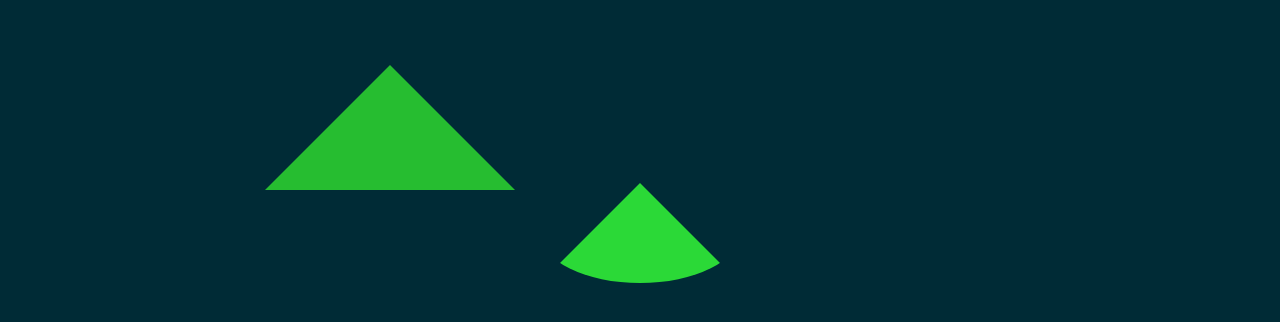
Repository: supakorn5039-boon/Christmas
Page: index.html
These files come from the project's save history. The page is drawn as it stood at one moment and after a run of saves; the edit follows.
The browser window is 1280 px wide. The pictures show the whole page.

Above is the page before, as saved 2023-12-25 08:40:49.

After the next 3 saves:
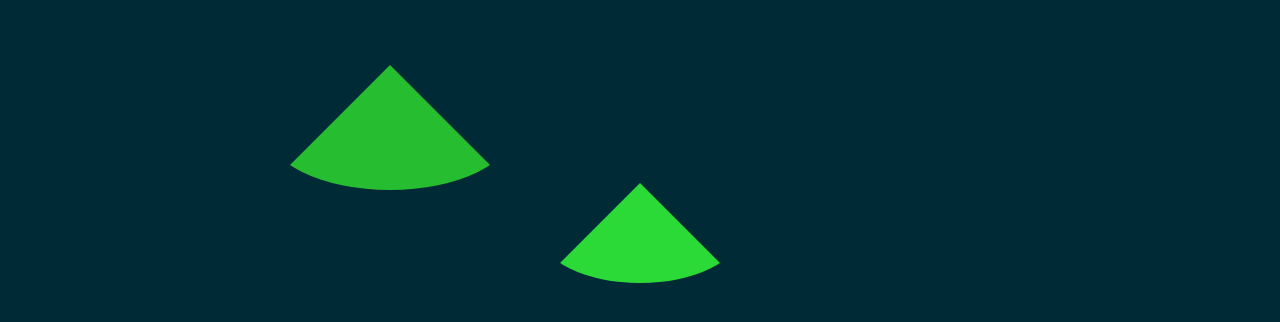
The 3 saves are shown as one change because they came seconds apart.
The last was saved 7 s later.
--- a/styles.css
+++ b/styles.css
@@ -51,5 +51,6 @@
   margin-left: -125px;
   border-right: 125px solid transparent;
   border-left: 125px solid transparent;
-  border-bottom-right-radius: ;
+  border-bottom-right-radius: 50%;
+  border-bottom-left-radius: 50%;
 }
